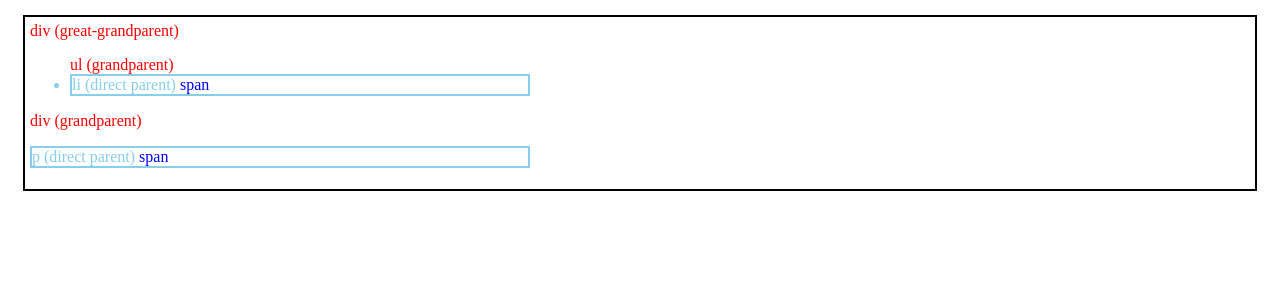
Repository: tjdwlsl/jspstudy
Page: http://localhost/JQuery_Ajax/jquery/ex15_DOM.jsp
These files come from the project's save history. The page is drawn as it stood at one moment and after the next save; the edit follows.
The browser window is 1280 px wide. The pictures show the whole page.
The page is served by Tomcat 9. Other server files are loaded and not shown.

Above is the page before, as saved 2023-07-19 08:50:56.

### JQuery_Ajax/src/main/webapp/jquery/ex15_DOM.jsp
<%@ page language="java" contentType="text/html; charset=UTF-8"
    pageEncoding="UTF-8"%>
<!DOCTYPE html>
<html>
<head>
<meta charset="UTF-8">
<title>HTML 탐색</title>
<style type="text/css">
	.ancestors{
		display: block;
		border: 2px solid black;
		color: red;
		padding: 5px;
		margin: 15px;
	}
</style>
<%-- jQuery 라이브러리 CDN --%>
<script src="https://ajax.googleapis.com/ajax/libs/jquery/3.7.0/jquery.min.js"></script>
<script type="text/javascript">
//문서 객체 모델(DON, Document Object Model)은 XML이라 HTML 문서에 접근하기 위한 일종의 인터페이스
//부모,자식,자손,형제
//parent() 메서드는 선택한 요소의 직접적인 상위 요소를 반환함
$(document).ready(function(){
	$("span").css("color", "blue");
	$("span").parent().css({"color": "skyblue", "border":"2px solid skyblue"});
});
</script>

</head>
<body>
	<div class="ancestors">
  <div style="width:500px;">div (great-grandparent)
    <ul>ul (grandparent)
      <li>li (direct parent)
        <span>span</span>
      </li>
    </ul>
  </div>

  <div style="width:500px;">div (grandparent)
    <p>p (direct parent)
      <span>span</span>
    </p>
  </div>
</div>
</body>
</html>

After the next save:
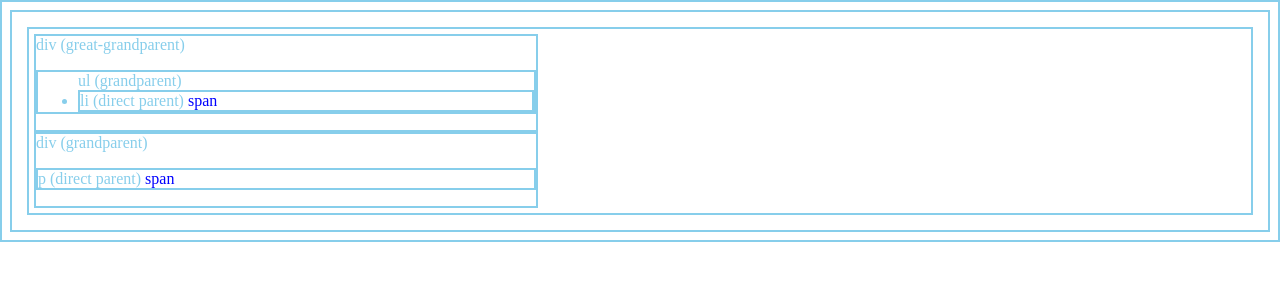
Saved 115 s later.
--- a/JQuery_Ajax/src/main/webapp/jquery/ex15_DOM.jsp
+++ b/JQuery_Ajax/src/main/webapp/jquery/ex15_DOM.jsp
@@ -23,6 +23,7 @@
 $(document).ready(function(){
 	$("span").css("color", "blue");
 	$("span").parent().css({"color": "skyblue", "border":"2px solid skyblue"});
+	$("span").parents().css({"color": "skyblue", "border":"2px solid skyblue"});
 });
 </script>
 
